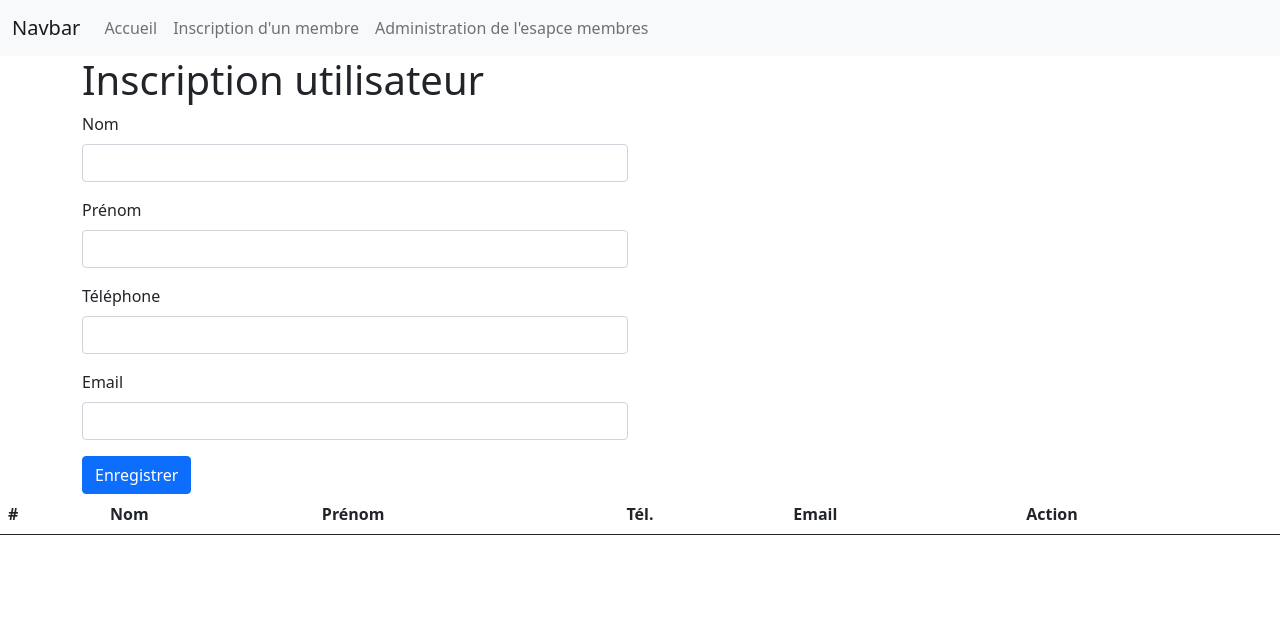
Repository: arione15/Ud-Mast_PHP_POO_espace_membre
Page: http://localhost/administration.php
These files come from the project's save history. The page is drawn as it stood at one moment and after the next save; the edit follows.
The browser window is 1280 px wide. The pictures show the whole page.
The page is run by PHP 8.4 with error messages shown; the project is at /var/www/html/. Queries for data that is not in the repository find no rows.

Above is the page before, as saved 2021-07-31 12:18:22.

### administration.php
<?php
require_once 'inclureClasses.php';

$pdo = new PDO('mysql: host=localhost; dbname=espace_membres', 'root', '');
$pdo->setAttribute(PDO::ATTR_ERRMODE, PDO::ERRMODE_EXCEPTION); // ou après 'root', '', [PDO::ATTR_ERRMODE => PDO::ERRMODE_EXCEPTION, PDO::ATTR_DEFAULT_FETCH_MODE => PDO::FETCH_ASSOC])

$manager = new UtilisateursManager($pdo);
?>


<!DOCTYPE html>
<html lang="en">

<head>
    <meta charset="UTF-8">
    <meta http-equiv="X-UA-Compatible" content="IE=edge">
    <meta name="viewport" content="width=device-width, initial-scale=1.0">
    <link href="https://cdn.jsdelivr.net/npm/bootstrap@5.0.2/dist/css/bootstrap.min.css" rel="stylesheet" integrity="sha384-EVSTQN3/azprG1Anm3QDgpJLIm9Nao0Yz1ztcQTwFspd3yD65VohhpuuCOmLASjC" crossorigin="anonymous">

    <title>Inscription</title>
</head>

<body>
<nav class="navbar navbar-expand-lg navbar-light bg-light">
        <div class="container-fluid">
            <a class="navbar-brand" href="#">Navbar</a>
            <button class="navbar-toggler" type="button" data-bs-toggle="collapse" data-bs-target="#navbarSupportedContent" aria-controls="navbarSupportedContent" aria-expanded="false" aria-label="Toggle navigation">
                <span class="navbar-toggler-icon"></span>
            </button>
            <div class="collapse navbar-collapse" id="navbarSupportedContent">
                <ul class="navbar-nav me-auto mb-2 mb-lg-0">
                    <li class="nav-item">
                        <a class="nav-link" aria-current="page" href="#">Accueil</a>
                    </li>
                    <li class="nav-item">
                        <a class="nav-link" href="inscription.php">Inscription d'un membre</a>
                    </li>
                    <li class="nav-item">
                        <a class="nav-link" href="administration.php">Administration de l'esapce membres</a>
                    </li>
                </ul>
            </div>
        </div>
    </nav>




    <div class="container">
        <h1>Inscription utilisateur</h1>
        <div class="row">
            <div class="col-md-6">
                <form action="#" method="post" col-md-6>
                    <div class="mb-3">
                        <?php if (isset($erreurs) && in_array(Utilisateurs::NOM_INVALIDE, $erreurs)) {
                            echo 'Le nom est invalide <br>';
                        }
                        ?>
                        <label for="nom" class="form-label">Nom</label>
                        <input type="text" class="form-control" id="nom">
                    </div>

                    <?php if (isset($erreurs) && in_array(Utilisateurs::PRENOM_INVALIDE, $erreurs)) {
                        echo 'Le prénom est invalide <br>';
                    }
                    ?>
                    <div class="mb-3">
                        <label for="prenom" class="form-label">Prénom</label>
                        <input type="text" class="form-control" id="prenom">
                    </div>

                    <div class="mb-3">
                        <label for="tel" class="form-label">Téléphone</label>
                        <input type="tel" class="form-control" id="tel">
                    </div>

                    <?php if (isset($erreurs) && in_array(Utilisateurs::EMAIL_INVALIDE, $erreurs)) {
                        echo 'L\'email est invalide <br>';
                    }
                    ?>
                    <div class="mb-3">
                        <label for="email" class="form-label">Email</label>
                        <input type="email" class="form-control" id="email">
                    </div>

                    <button type="submit" class="btn btn-primary">Enregistrer</button>
                </form>

            </div>
        </div>
    </div>









    <table class="table table-hover">
        <thead>
            <tr>
                <th scope="col">#</th>
                <th scope="col">Nom</th>
                <th scope="col">Prénom</th>
                <th scope="col">Tél.</th>
                <th scope="col">Email</th>
                <th scope="col">Action</th>
            </tr>
        </thead>
        <tbody>
            <?php foreach ($manager->getListeUtilisateurs() as $key) : ?>
                <tr>
                    <th scope="row"><?= $key->getId() ?></th>
                    <td><?= $key->getNom() ?></td>
                    <td><?= $key->getPrenom() ?></td>
                    <td><?= $key->getTel() ?></td>
                    <td><?= $key->getEmail() ?></td>
                    <td><a href="?modifier=<?= $key->getId() ?>" class='btn btn-primary m-1'>Modifier</a><a href="" class='btn btn-danger m-1'>Supprimer</a></td>
                </tr>
            <?php endforeach; ?>
        </tbody>
    </table>


    <script src="https://cdn.jsdelivr.net/npm/@popperjs/core@2.9.2/dist/umd/popper.min.js" integrity="sha384-IQsoLXl5PILFhosVNubq5LC7Qb9DXgDA9i+tQ8Zj3iwWAwPtgFTxbJ8NT4GN1R8p" crossorigin="anonymous"></script>
    <script src="https://cdn.jsdelivr.net/npm/bootstrap@5.0.2/dist/js/bootstrap.min.js" integrity="sha384-cVKIPhGWiC2Al4u+LWgxfKTRIcfu0JTxR+EQDz/bgldoEyl4H0zUF0QKbrJ0EcQF" crossorigin="anonymous"></script>

</body>

</html>

### inclureClasses.php
<?php

function inclureClasses($ClassName){
    if(file_exists($fichier = __DIR__ . '/' . $ClassName . '.php')){
        require $fichier;
    }
}
spl_autoload_register('inclureClasses');

### UtilisateursManager.php
<?php
require_once 'inclureClasses.php';

class UtilisateursManager{
private $pdo;

public function __construct(PDO $pdo){
    $this -> pdo = $pdo;
}

public function inserer(Utilisateurs $utilisateur){
    $req = $this -> pdo -> prepare('INSERT INTO utilisateurs(nom, prenom, tel, email) VALUES(:nom, :prenom, :tel, :email)');
    $req -> bindValue(':nom', $utilisateur->getNom(), PDO::PARAM_STR); //$_POST['nom'] ??
    $req -> bindValue(':prenom', $utilisateur->getPrenom(), PDO::PARAM_STR);
    $req -> bindValue(':tel', $utilisateur->getTel(), PDO::PARAM_STR);
    $req -> bindValue(':email', $utilisateur->getEmail(), PDO::PARAM_STR);
    $req -> execute();
}

public function getListeUtilisateurs(){
    $req = $this -> pdo -> query('SELECT * FROM utilisateurs ORDER BY nom ASC');
    $req -> setFetchMode(PDO::FETCH_CLASS | PDO::FETCH_PROPS_LATE, 'Utilisateurs');
    $listeUtilisateurs = $req -> fetchAll();
    $req -> closeCursor();
    return $listeUtilisateurs;
}

public function getUtilisateur($id){
    $req = $this -> pdo -> prepare('SELECT * FROM utilisateurs WHERE id=:id');
    $req -> bindValue(':id', $id, PDO::PARAM_INT);
    $req -> execute();
    $req -> setFetchMode(PDO::FETCH_CLASS | PDO::FETCH_PROPS_LATE, 'Utilisateurs');
    $utilisateur = $req -> fetch();
    $req -> closeCursor();
    return $utilisateur;
}

}

### Utilisateurs.php
<?php

class Utilisateurs
{
    private $id;
    private $nom;
    private $prenom;
    private $tel;
    private $email;

    private $erreurs = [];

    const NOM_INVALIDE = 1;
    const PRENOM_INVALIDE = 2;
    const EMAIL_INVALIDE = 3;


    public function __construct($donnees = [])
    {
        $this->hydrater($donnees);
    }

    public function getId()
    {
        return $this->id;
    }

    public function setId($id)
    {
        if (!empty($id)) {
            $this->id = $id;
        }
    }

    public function getNom()
    {
        return $this->nom;
    }

    public function setNom($nom)
    {
        if (!is_string($nom) || empty($nom)) {
            $this->erreurs[] = self::NOM_INVALIDE;
        }
        $this->nom = $nom;
    }

    public function getPrenom()
    {
        return $this->prenom;
    }

    public function setPrenom($prenom)
    {
        if (!is_string($prenom) || empty($prenom)) {
            $this->erreurs[] = self::PRENOM_INVALIDE;
        }
        $this->prenom = $prenom;
    }

    public function getTel()
    {
        return $this->tel;
    }

    public function setTel($tel)
    {
        $this->tel = $tel;
    }

    public function getEmail()
    {
        return $this->email;
    }


    public function setEmail($email)
    {
        if(filter_var($email, FILTER_VALIDATE_EMAIL)){
            $this->email = $email;
        }$this->erreurs[]=self::EMAIL_INVALIDE;
    }


    public function hydrater(array $donnees)
    {
        foreach ($donnees as $propriete => $valeur) {
            $methodSet = 'set' . ucfirst($propriete);
            $this->$methodSet($valeur);
        }
    }

    public function isUserValid()
    {
        if (!(empty($this->nom) || empty($this->prenom) || empty($this->email))) { // on peut l'écrire "return !empty(.....)"
            return true;
        }
    }

    public function getErreurs()
    {
        return $this->erreurs;
    }

    public function setErreurs($erreurs)
    {
        $this->erreurs = $erreurs;
    }
}

After the next save:
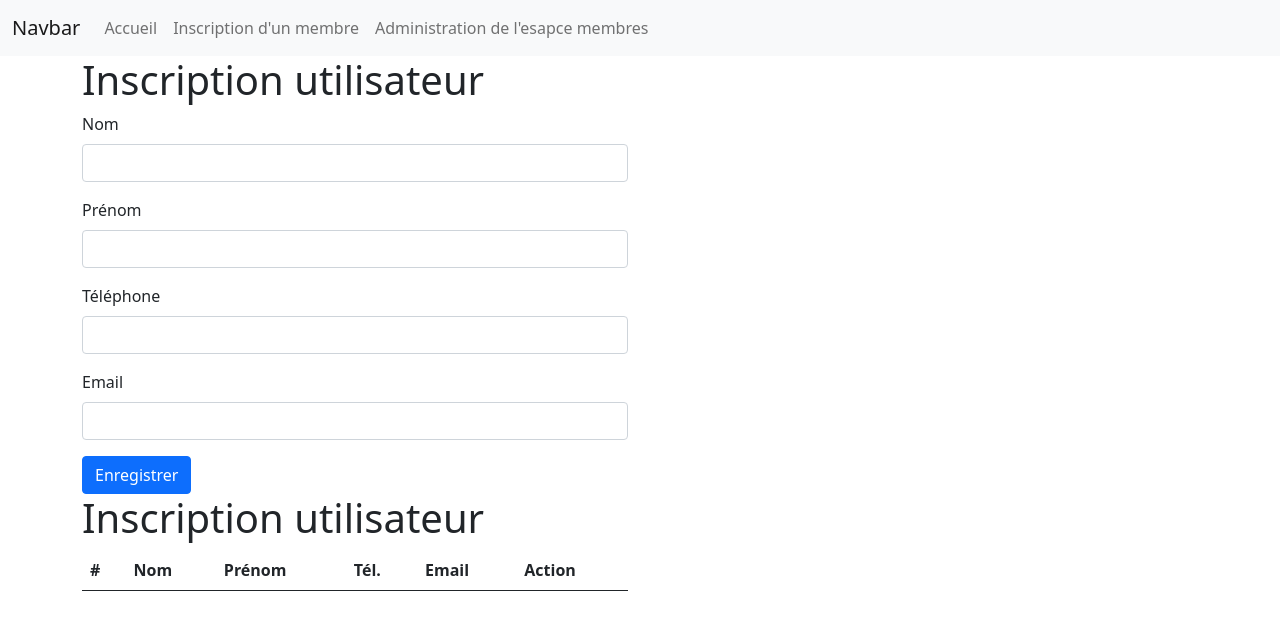
Saved 54 s later.
--- a/administration.php
+++ b/administration.php
@@ -96,7 +96,10 @@ $manager = new UtilisateursManager($pdo);
 
 
 
-
+    <div class="container">
+        <h1>Inscription utilisateur</h1>
+        <div class="row">
+            <div class="col-md-6">
 
     <table class="table table-hover">
         <thead>
